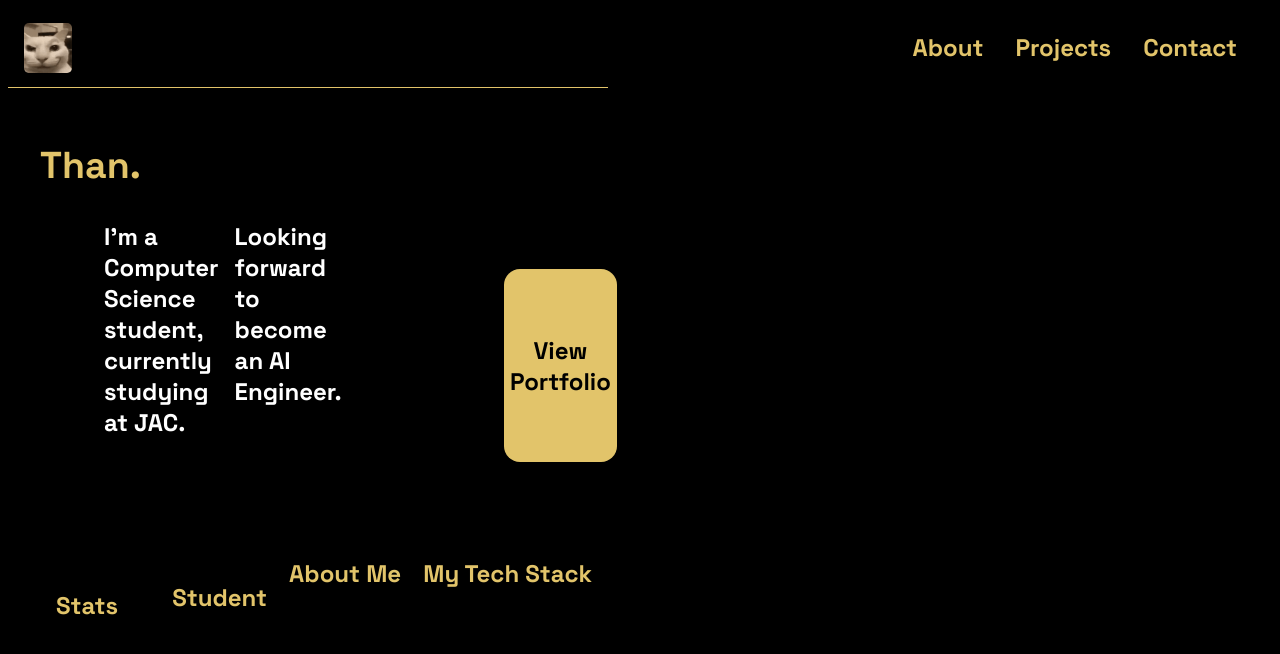
Repository: Than-dot/Than-dot
Page: index.html
These files come from the project's save history. The page is drawn as it stood at one moment and after a run of saves; the edit follows.
The browser window is 1280 px wide. The pictures show the whole page.

Above is the page before, as saved 2026-05-06 13:03:23.

After the next 2 saves:
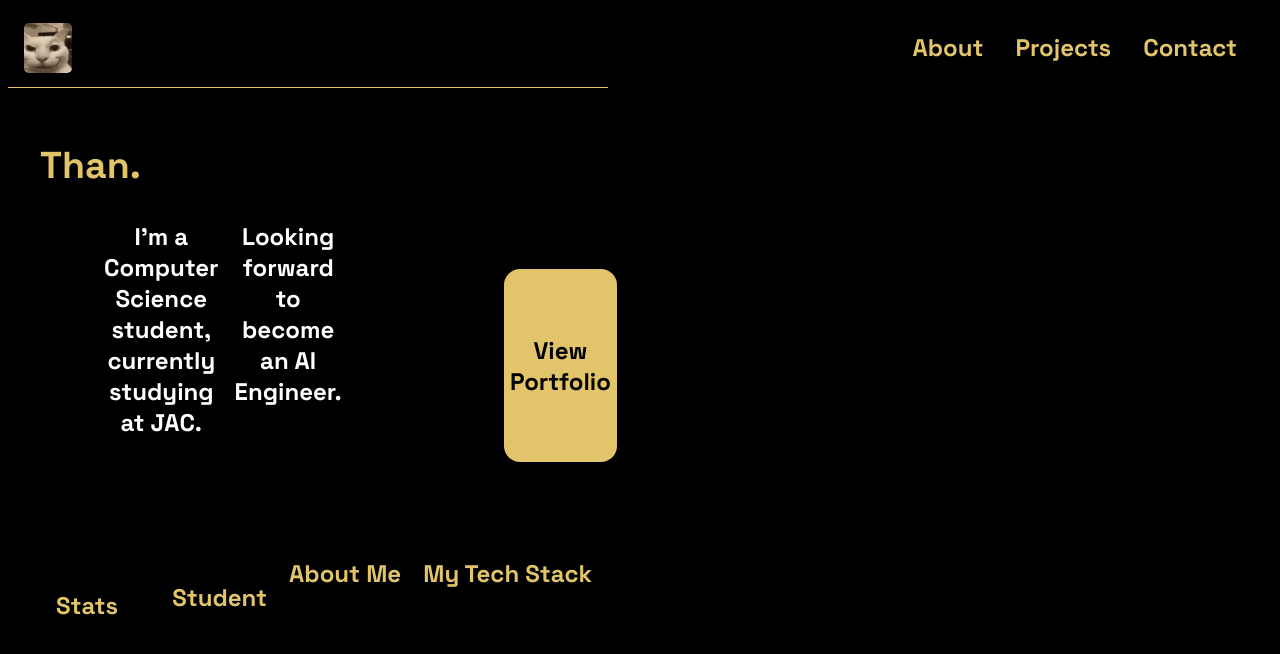
The 2 saves are shown as one change because they came seconds apart.
The last was saved 14 s later.
--- a/styles/index.css
+++ b/styles/index.css
@@ -30,6 +30,10 @@ body {
 .stats {
   text-align: center;
   margin: 2rem;
+}
+
+p {
+  text-align: center;
 }
 
 .s-art {
